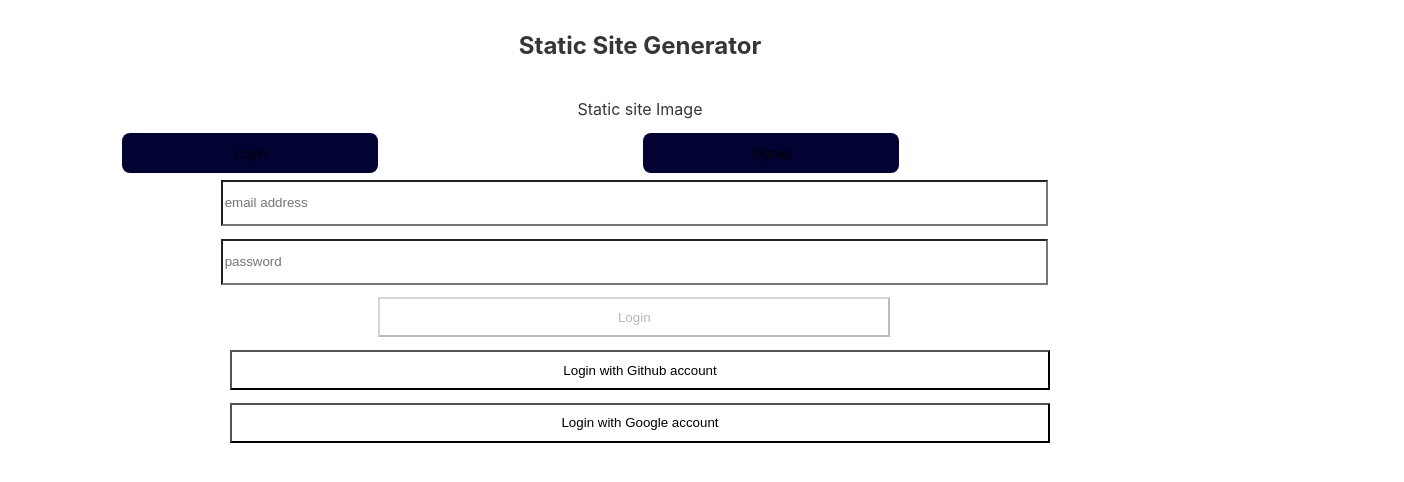
Repository: ValGrace/static-site-generator
Page: / (app in client-frontend/)
An editor plug-in stored every save of this project. The page is shown before and after the next save, followed by the edit.
The browser window is 1280 px wide. The page is 1283 px wide, then 1404 px, so the pictures cover 1404 px, including what lies to the right of the window. The pictures show the whole page.
The project was rebuilt for these pictures with package versions that can differ from the ones it lists, and the page was loaded fresh each time. Also part of the build but not shown: client-frontend/vite.config.js, client-frontend/src/Components/Signup.jsx, client-frontend/src/App.css.

Above is the page before, as saved 2023-02-04 13:13:49.

After the next save:
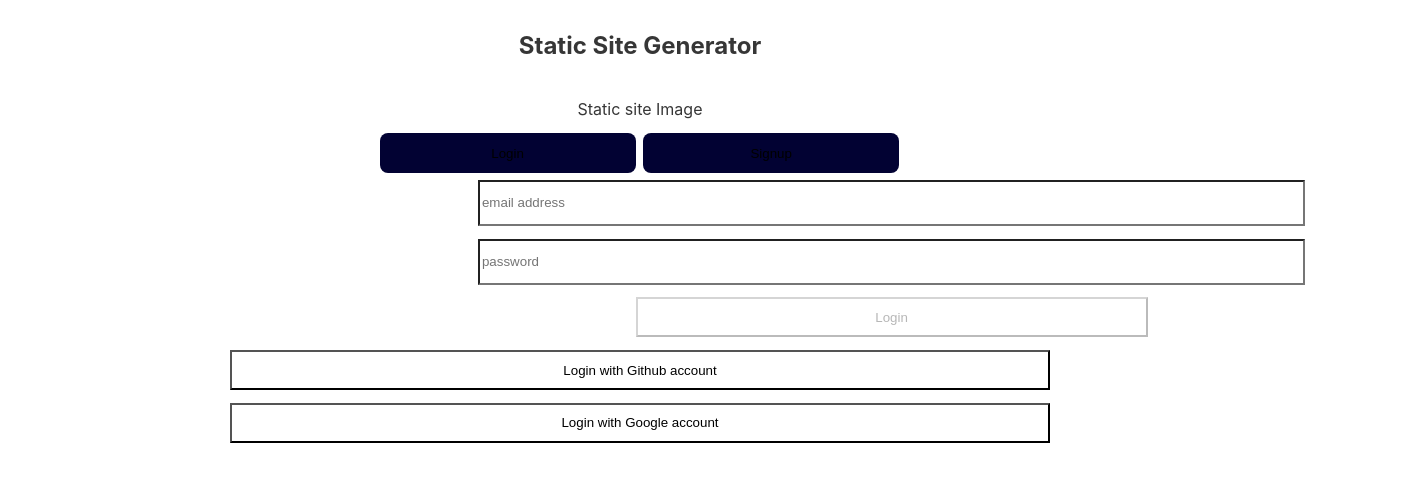
Saved 17 s later.
--- a/client-frontend/src/Components/Inputs.css
+++ b/client-frontend/src/Components/Inputs.css
@@ -21,7 +21,7 @@ input, button {
 
 .toggleForms {
     display: grid;
-    grid-template-columns: 40% 40%;
+    grid-template-columns: 20% 20%;
     gap: 0.4em;
     justify-content: center;
     align-items: center;
